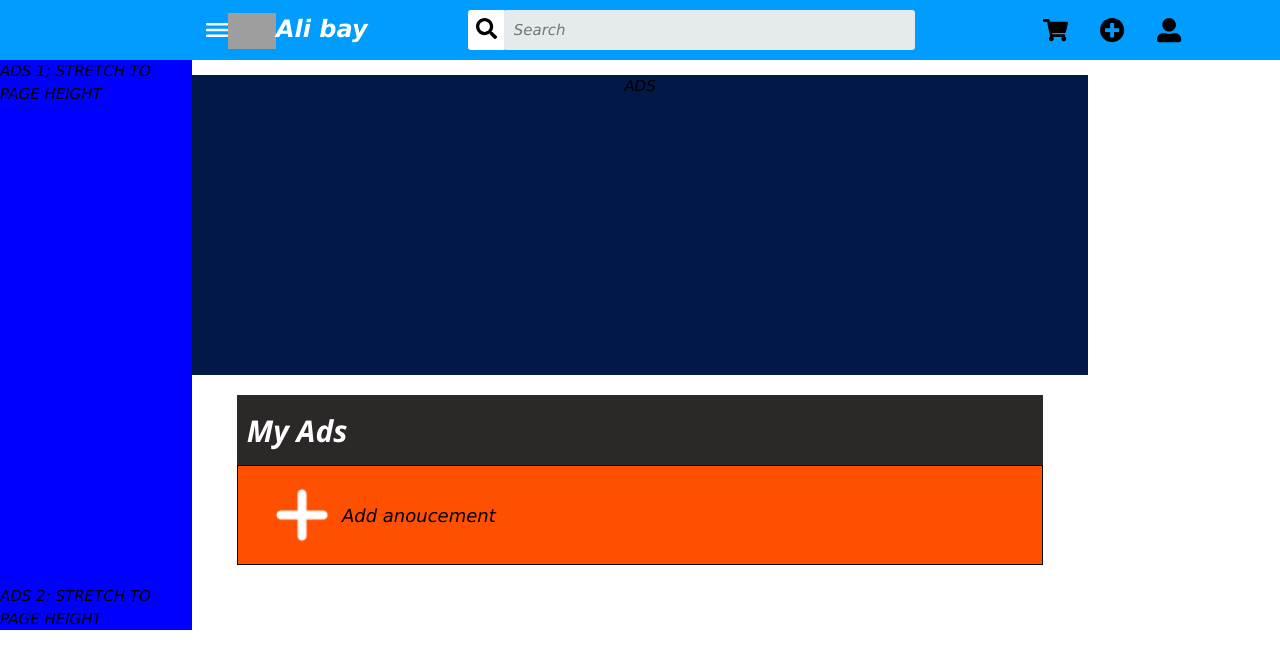
Repository: Aramys21/alibay-site
Page: views/ad_list.ejs
The author's editor kept a copy of each file at every save. The page is drawn from the files as they stood at one save, then again after a run of saves.
The browser window is 1280 px wide. The pictures show the whole page.
Pictures or frames that could not be fetched are drawn as grey boxes. The page is served by the project's Node server (index.js). The template is opened directly, without the code that normally fills it, so the values that code supplies are empty.

Above is the page before, as saved 2023-04-05 22:08:45.

After the next 2 saves:
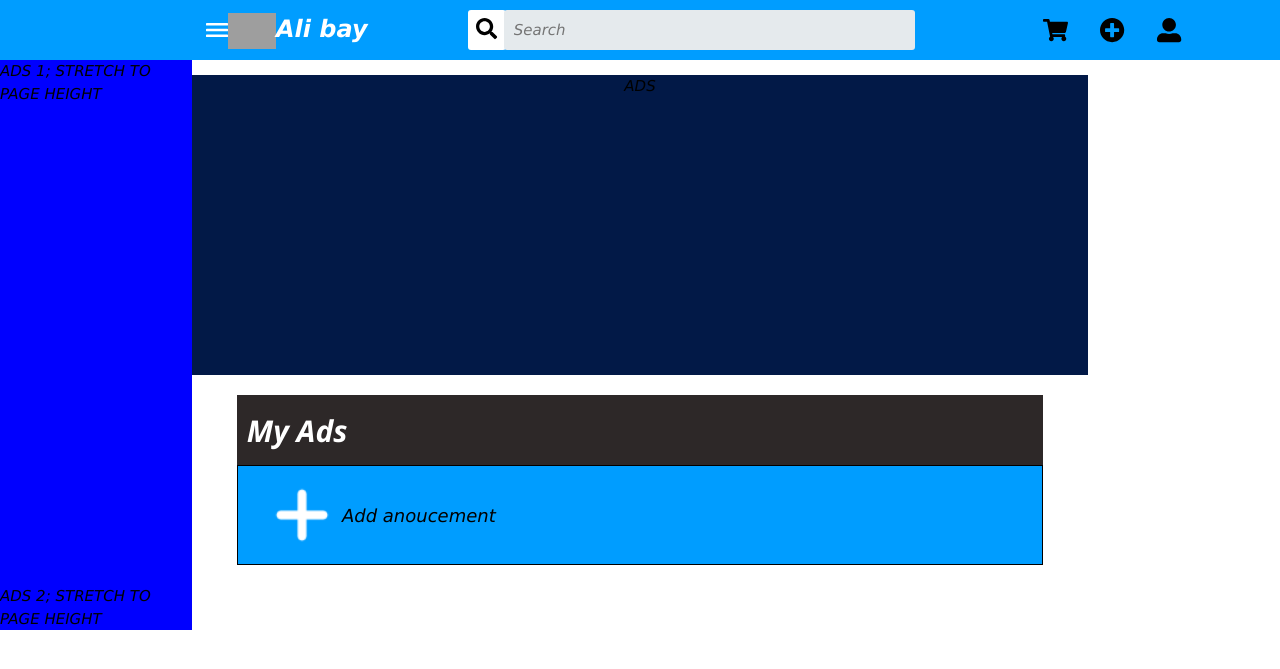
The 2 saves are shown as one change because they came seconds apart.
The last was saved 33 s later.
--- a/public/src/css/style4.css
+++ b/public/src/css/style4.css
@@ -18,7 +18,7 @@
 	max-height: 100px;
 	display: flex;
     align-items: center;
-	background-color: #FE5000;
+	background-color: #009dff;
 
 	border: black solid 1px;
 }
@@ -28,7 +28,7 @@
 	max-height: 100px;
 	display: flex;
     align-items: center;
-	background-color: #FE5000;
+	background-color: #009dff;
 
 	border: black solid 1px;
 }
